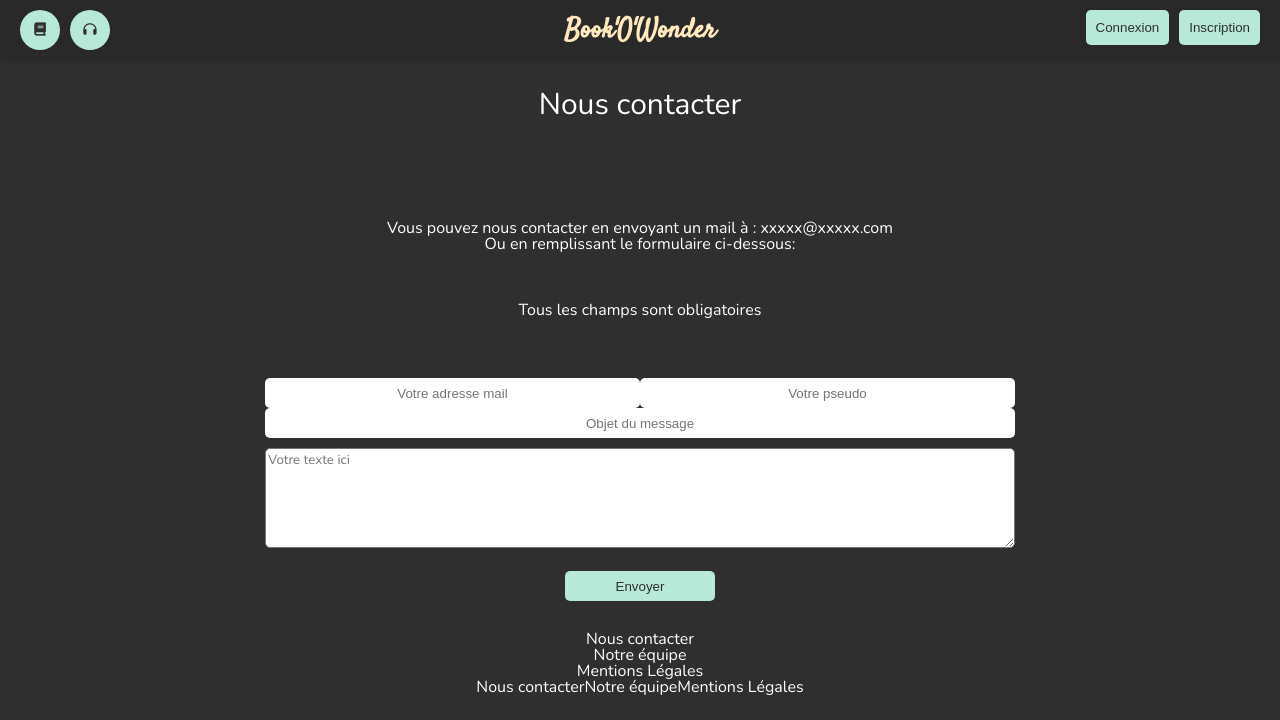
Repository: AnneLineC/book-o-wonder-front
Page: /contact
An editor plug-in stored every save of this project. The page is shown before and after a run of saves, followed by the edit.
The browser window is 1280 px wide. The pictures show the whole page.
The page's requests for data from a server got no answer. Some web libraries are served in a nearby version. The project was rebuilt for these pictures with package versions that can differ from the ones it lists, and the page was loaded fresh each time. No one was signed in, and anything a server would have sent is missing. Also part of the build but not shown: src/components/HeaderApp/LoggedMenu/styles.scss, src/components/HeaderApp/LoggedMenu/index.js, src/components/BookCard/styles.scss, src/components/BookCard/index.js, src/components/HomePage/styles.scss, src/components/HomePage/index.js, src/components/LoginPage/styles.scss, src/components/LoginPage/index.js and 30 more.

Above is the page before, as saved 2021-12-21 10:47:53.

### public/index.html
<!DOCTYPE html>
<html lang="en">
  <head>
    <meta charset="utf-8" />
    <link rel="icon" href="%PUBLIC_URL%/favicon.ico" />
    <meta name="viewport" content="width=device-width, initial-scale=1" />
    <meta name="theme-color" content="#000000" />
    <meta
      name="description"
      content="Web site created using create-react-app"
    />
    <link rel="apple-touch-icon" href="%PUBLIC_URL%/logo192.png" />
    <!--
      manifest.json provides metadata used when your web app is installed on a
      user's mobile device or desktop. See https://developers.google.com/web/fundamentals/web-app-manifest/
    -->
    <link rel="manifest" href="%PUBLIC_URL%/manifest.json" />
    <!--
      Notice the use of %PUBLIC_URL% in the tags above.
      It will be replaced with the URL of the `public` folder during the build.
      Only files inside the `public` folder can be referenced from the HTML.

      Unlike "/favicon.ico" or "favicon.ico", "%PUBLIC_URL%/favicon.ico" will
      work correctly both with client-side routing and a non-root public URL.
      Learn how to configure a non-root public URL by running `npm run build`.
    -->
    <title>Book'O'Wonder</title>
    <script src="https://kit.fontawesome.com/1f90cd4d86.js" crossorigin="anonymous"></script>
  </head>
  <body>
    <noscript>You need to enable JavaScript to run this app.</noscript>
    <div id="root"></div>
  </body>
</html>

### src/store/index.js
import { createStore, applyMiddleware, compose } from 'redux';

import reducer from '../reducers';
import apiMiddleware from '../middlewares/api';

const composeEnhancers = window.__REDUX_DEVTOOLS_EXTENSION_COMPOSE__ || compose;

const enhancers = composeEnhancers(
  applyMiddleware(apiMiddleware),
);

const store = createStore(reducer, enhancers);

export default store;

### src/styles/index.scss
@use 'reset';
@use 'vars';

@font-face {
  font-family: 'Nunito';
  src: url('../assets/fonts/Nunito-VariableFont_wght.ttf');
  font-weight: normal;
  font-style: normal;
}

@font-face {
  font-family: 'Satisfy';
  src: url('../assets/fonts/Satisfy-Regular.ttf');
  font-weight: normal;
  font-style: normal;
}

html, body {
  max-width: 100%;
  overflow-x: hidden;
}

body {
  background-color: vars.$color--grey-dark;
  margin: 0;
  font-family: 'Nunito', sans-serif;
  color: white;

  &.reading-page {
    height: 100vh;
    overflow-y: hidden;
  }
}

button {
  color: vars.$color--grey-dark;
}

/* Hiding class, making content visible only to screen readers but not visually */
/* "sr" meaning "screen-reader" */
.sr-only:not(:focus):not(:active) {
  clip: rect(0 0 0 0);
  clip-path: inset(50%);
  height: 1px;
  overflow: hidden;
  position: absolute;
  white-space: nowrap;
  width: 1px;
}

button {
  color: vars.$color--grey-dark;
}

/* Hiding class, making content visible only to screen readers but not visually */
/* "sr" meaning "screen-reader" */
.sr-only:not(:focus):not(:active) {
  clip: rect(0 0 0 0);
  clip-path: inset(50%);
  height: 1px;
  overflow: hidden;
  position: absolute;
  white-space: nowrap;
  width: 1px;
}

### src/reducers/index.js
import { combineReducers } from 'redux';

import userReducer from './user';
import booksReducer from './books';
import displayReducer from './display';
import soundsReducer from './sounds';

const rootReducer = combineReducers({
  display: displayReducer,
  books: booksReducer,
  user: userReducer,
  sounds: soundsReducer,
});

export default rootReducer;

### src/components/ContactPage/index.js
import { useSelector, useDispatch } from 'react-redux';
import { Link } from 'react-router-dom';

import {
  setFieldValue, contactFormAttempt,
} from '../../actions';
import './styles.scss';

const ContactPage = () => {
  const dispatch = useDispatch();

  const nicknameValue = useSelector((state) => state.user.nicknameValue);
  const emailValue = useSelector((state) => state.user.emailValue);
  const objectValue = useSelector((state) => state.user.objectValue);
  const contentValue = useSelector((state) => state.user.textValue);
  const isSubmitted = useSelector((state) => state.display.registerForm.sent);
  const isError = useSelector((state) => state.display.registerForm.error);

  const handleInputNicknameChange = (event) => {
    dispatch(setFieldValue('nicknameValue', event.target.value));
  };

  const handleInputEmailChange = (event) => {
    dispatch(setFieldValue('emailValue', event.target.value));
  };

  const handleInputObjectChange = (event) => {
    dispatch(setFieldValue('objectValue', event.target.value));
  };

  const handleInputContentValueChange = (event) => {
    dispatch(setFieldValue('contentValue', event.target.value));
  };

  const handleSendFormSubmit = (event) => {
    event.preventDefault();
    console.log(contactFormAttempt);
    dispatch(contactFormAttempt());
  };

  return (
    <div className="contact-page">

      {!isSubmitted
      && (
      <div>
      <p className="contact-page__title">
        Nous contacter
      </p>

      <p className="contact-page__contact">
        Vous pouvez nous contacter en envoyant un mail à : xxxxx@xxxxx.com <br></br>
        Ou en remplissant le formulaire ci-dessous:
      </p>

      <p className="contact-page__required">
        Tous les champs sont obligatoires
      </p>

      <form autoComplete="off" className="contact-page__form" onSubmit={handleSendFormSubmit}>
        <div className="contact-page__top">
          <label className="contact-page__label" htmlFor="email">
            <span className="sr-only">Email</span>
            <input
              className="contact-page__input"
              type="email"
              name="email"
              id="email"
              placeholder="Votre adresse mail"
              value={emailValue}
              onChange={handleInputEmailChange}
            />
          </label>

          <label className="contact-page__label" htmlFor="pseudo">
            <span className="sr-only">Pseudo</span>
            <input
              className="contact-page__input"
              type="text"
              name="nickname"
              id="nickname"
              placeholder="Votre pseudo"
              value={nicknameValue}
              onChange={handleInputNicknameChange}
            />
          </label>
        </div>

        <div className="contact-page__bottom">
          <label className="contact-page__labell" htmlFor="object">
            <span className="sr-only">Objet du message</span>
            <input
              className="contact-page__object"
              type="text"
              name="object"
              id="object"
              placeholder="Objet du message"
              value={objectValue}
              onChange={handleInputObjectChange}
            />
          </label>

          <label className="contact-page__labell" htmlFor="content">
            <span className="sr-only">Tapez votre message ici</span>
            <textarea
              cols="33"
              className="contact-page__textarea"
              name="content"
              id="content"
              placeholder="Votre texte ici"
              value={contentValue}
              onChange={handleInputContentValueChange}
            />
          </label>

          {isError && <p className="contact-page__error">Erreur survenue lors de l'envoi. Veillez vérifier vos champs.</p>}

          <button
            type="submit"
            className="contact-page__send"
          >
            Envoyer
          </button>
        </div>
      </form>
      </div>
      )}

        {isSubmitted
        && (
        <div className="contact-page__validation">
          <p className="contact-page__validation-title">
            Merci de votre message !
          </p>
          <p className="contact-page__validation-subtext">
            Merci pour votre message, nous y répondrons dès que possible
          </p>
          <Link to="/">
            <button
              type="submit"
              className="contact-page__home"
            >
              Retour à l'accueil
            </button>
          </Link>
        </div>
        )}

    </div>
  );
};
export default ContactPage;

### src/components/FooterApp/index.js
import './styles.scss';
import { Link } from "react-router-dom"

const FooterApp = () => (
  <footer>
    <ul>
        <ol><a href=""></a>Nous contacter</ol>
        <ol><a href=""></a>Notre équipe</ol>
        <ol><a href=""></a>Mentions Légales</ol>

        <Link to="/Nous_contacter">Nous contacter</Link>
        <Link to="/Notre_equipe">Notre équipe</Link>
        <Link to="/Mentions_Legales">Mentions Légales</Link>
    </ul>
  </footer>
);

export default FooterApp;

### src/styles/_reset.css
/* http://meyerweb.com/eric/tools/css/reset/ v2.0 | 20110126 */
html,
body,
div,
span,
applet,
object,
iframe,
h1,
h2,
h3,
h4,
h5,
h6,
p,
blockquote,
pre,
a,
abbr,
acronym,
address,
big,
cite,
code,
del,
dfn,
em,
img,
ins,
kbd,
q,
s,
samp,
small,
strike,
strong,
sub,
sup,
tt,
var,
b,
u,
i,
center,
dl,
dt,
dd,
ol,
ul,
li,
fieldset,
form,
label,
legend,
table,
caption,
tbody,
tfoot,
thead,
tr,
th,
td,
article,
aside,
canvas,
details,
embed,
figure,
figcaption,
footer,
header,
hgroup,
menu,
nav,
output,
ruby,
section,
summary,
time,
mark,
audio,
video {
  margin: 0;
  padding: 0;
  border: 0;
  font-size: 100%;
  font: inherit;
  vertical-align: baseline;
}

/* HTML5 display-role reset for older browsers */
article,
aside,
details,
figcaption,
figure,
footer,
header,
hgroup,
menu,
nav,
section {
  display: block;
}

body {
  line-height: 1;
}
ol,
ul {
  list-style: none;
}
blockquote,
q {
  quotes: none;
}

blockquote::before,
blockquote::after,
q:before,
q:after {
  content: '';
  content: none;
}
table {
  border-collapse: collapse;
  border-spacing: 0;
}

/* Améliorations */

html {
  box-sizing: border-box;
  font-size: 62.5%;
}

body {
  font-size: 1.6rem;
}

*,
*::before,
*::after {
  box-sizing: inherit;
}

a,
del,
ins {
  text-decoration: none;
}
a {
  color: inherit;
}

label,
button {
  cursor: pointer;
  background-color: transparent;
  border: 0;
  padding: 0;
}

input,
button {
  outline: 0;
  border: 0;
}

### src/styles/_vars.scss
// --------
// Colors :
// --------

// $color--*color*-*light/medium/dark*

$color--grey-dark: #2f2f2f;
$color--grey-very-dark: #292929;
$color--green-light: #b8e8d8;
$color--blue-light: #e1ecfe;
$color--yellow-light: #fffec5;
$color--orange-light: #ffe9bd;
$color--orange-medium: #e9ab9c;

// $gradient--*color*-*light/medium/dark*

$gradient--blue-light : linear-gradient(to bottom, #9ec0ff, #e8f1ff);
$gradient--yellow-light : linear-gradient(to bottom, #fed68e, #fef4db);
$gradient--green-light : linear-gradient(to bottom, #88d4ba, #d8f3ea);

// ---------
// General :
// ---------

$radius: 0.5rem;
$gutter: 1rem;

// -------------
// Breakpoints :
// -------------

$tablet: 700px;
$desktop: 1000px;

// -------
// Fonts :
// -------

$title-font: 'Satisfy', sans-serif;
$main-font: 'Nunito', sans-serif;

### src/reducers/sounds.js
import { SET_SOUNDS, SET_CURRENT_SOUND } from '../actions';

export const initialState = {
  musicsList: [],
  currentMusic: {
    id: 1,
    name: 'Lofi',
    music: 'https:/www.youtube.com/watch?v=5qap5aO4i9A',
    image: '',
    categories: [
      {
        id: 1,
        name: 'Fantasy',
      },
    ],
  },
};

const reducer = (state = initialState, action = {}) => {
  switch (action.type) {
    case SET_SOUNDS:
      return {
        ...state,
        musicsList: action.data,
      };
    case SET_CURRENT_SOUND:
      return {
        ...state,
        currentMusic: action.data,
      };
    default:
      return state;
  }
};

export default reducer;

### src/components/HeaderApp/LoginComponent/index.js
import LoginButtons from './LoginButtons';
import LoginMenu from './LoginMenu';
import './styles.scss';

const LoginComponent = () => (
  <div className="login-component">
    <LoginButtons />
    <LoginMenu />
  </div>
);

export default LoginComponent;

### src/components/HeaderApp/styles.scss
@use './../../styles/vars';
@use "sass:color";

.header-app {

    padding: vars.$gutter vars.$gutter*2;
    background-color: color.scale(vars.$color--grey-dark, $blackness: 80%);
    box-shadow: 1px 1px 3px color.scale(vars.$color--grey-dark, $blackness: 100%);
    position: sticky;
    min-height: 6rem;

    &__title {
        font-family: vars.$title-font;
        color: vars.$color--orange-light;
        font-size: 1.7em;
        font-weight: bold;
        display: flex;
        justify-content: flex-start;
        align-items: center;
        line-height: 1.6;
        z-index: -1;
    }

    &__element {
        float: right;
        margin-left: vars.$gutter;
    }

    &__icon {
        background-color: vars.$color--green-light;
        display: block;
        width: 4rem;
        height: 4rem;
        display: flex;
        align-items: center;
        justify-content: center;
        border-radius: 50%;
        color: vars.$color--grey-dark;
        box-shadow: 0 0 3px color.scale(vars.$color--grey-dark, $blackness: 100%);
        transition: 0.5s;

        &:hover {
            background-color: vars.$color--orange-medium;
        }
    }
}

@media screen and (min-width: vars.$tablet) {

    .header-app {

        &__element {
            &--audio-player {
                float: left;
                display: flex;
                align-items: center;
                justify-content: center;
            }
            &--categories {
                float: left;
                margin-left: 0;
                display: flex;
                align-items: center;
                justify-content: center;
            }
        }

        &__title {
            display: block;
            position: absolute;
            top: 1rem;
            text-align: center;
            width: calc(100% - (vars.$gutter * 4));
        }
    }
}

### src/components/ContactPage/styles.scss
@use "../../styles/vars";

.contact-page {
  &__title {
    margin-top: 3rem;
    font-size: 3rem;
  }

  &__form {
    display: flex;
    flex-direction: column;
    padding: vars.$gutter;
    margin-top: 5rem;
  }

  &__top {
    display: flex;
    flex-direction: column;
  }

  &__bottom {
    display: flex;
    flex-direction: column;
  }

  &__object {
    border-radius: vars.$radius;
    margin-bottom: 1rem;
    text-align: center;
    height: 3rem;
    width: 25rem;
    margin: 0rem auto 4rem auto;
  }

  &__label {
    margin-bottom: 1rem;
  }

  &__input {
    border-radius: vars.$radius;
    margin-bottom: 1rem;
    text-align: center;
    width: 25rem;
    height: 3rem;
    margin: 0rem auto 2rem auto;
  }

  &__textarea {
    height: 10rem;
    width: 25rem;
    margin: auto;
    border-radius: vars.$radius;
    font-family: inherit;
  }

  &__contact {
    margin-top: 10rem;
    margin-left: 2rem;
    margin-right: 2rem;
  }

  &__required {
    margin-top: 5rem;
  }

  &__send {
    background-color: vars.$color--green-light;
    height: 3rem;
    width: 15rem;
    margin: 2rem auto 2rem auto;
    border-radius: vars.$radius;
  }

  &__error {
    color: rgb(243, 104, 104);
    margin-bottom: 3rem;
  }

  &__home {
    background-color: vars.$color--green-light;
    height: 3rem;
    width: 15rem;
    margin: 2rem auto 2rem auto;
    border-radius: vars.$radius;
  }

  &__validation {
    height: 60vh;
    display: flex;
    flex-direction: column;
    align-items: center;
    justify-content: center;

    &-title {
      font-size: 2em;
      margin: vars.$gutter*2;
    }

    &-mail {
      font-weight: bold;
    }
  }
}

@media screen and (min-width: vars.$tablet) {
  .contact-page {
    &__top {
      display: flex;
      flex-direction: row;
    }

    &__bottom {
      margin-top: -3rem;
    }

    &__form {
      display: flex;
      align-items: center;
      padding: vars.$gutter;
      margin-top: 5rem;
    }

    &__input {
      height: 3rem;
      width: 31rem;

    }

    &__object {
      border-radius: vars.$radius;
      margin-bottom: 1rem;
      text-align: center;
      height: 3rem;
      width: 62rem;
      margin: 0rem auto 1rem auto;
    }

    &__textarea {
      height: 10rem;
      width: 62rem;
      margin: auto;
      border-radius: vars.$radius;
    }
  }
}

@media screen and (min-width: vars.$desktop) {
  .contact-page {
    &__object {
      border-radius: vars.$radius;
      margin-bottom: 1rem;
      text-align: center;
      height: 30px;
      width: 750px;
      margin: 0rem auto 1rem auto;
    }

    &__textarea {
      height: 10rem;
      width: 750px;
      margin: auto;
      border-radius: vars.$radius;
    }

    &__input {
      width: 375px;
    }

    &__top {
      display: flex;
      flex-direction: row;
    }

    &__bottom {
      display: flex;
      flex-direction: column;
    }
  }
}

### src/components/ConnexionMenu/styles.scss
@use './../../styles/vars';
@use "sass:color";


.connexion-menu {
    &__item {
        border-top: 1px solid color.scale(vars.$color--grey-dark, $lightness: 15%);
        padding: vars.$gutter * 1.5;
    }
}

### src/components/ConnectedMenu/styles.scss
@use './../../styles/vars';
@use "sass:color";


.connected-menu {
    &__item {
        border-top: 1px solid color.scale(vars.$color--grey-dark, $lightness: 15%);
        padding: vars.$gutter * 1.5;
    }
}

### src/components/MediaPlayer/styles.scss
@use './../../styles/vars';

.player {
  max-width: 33rem;
  margin: auto;
  display: flex;
  flex-direction: column;
  max-height: 80vh;
}

.infos {

  &__picture {
    margin: auto;
    height: 20rem;
    background-position: center;
    background-size: cover;
    border-radius: vars.$radius;
    position: relative;
  }

  &__content {
    position: absolute;
    bottom: 0;
    width: 100%;
    padding: vars.$gutter;
    display: flex;
    justify-content: space-between;
    align-items: center;
    margin-top: vars.$gutter;
  }

  &__left {
    display: flex;
    align-items: center;
  }

  &__right {
    display: flex;
    // flex-direction: column;
  }

  &__title {
    font-weight: bold;
    margin-left: vars.$gutter;
  }

  &__category {
    display: flex;
    align-items: center;
    background-color: vars.$color--orange-light;
    padding: 0.5rem;
    color: vars.$color--grey-dark;
    border-radius: vars.$radius;
    font-size: 0.7em;
    margin: 0.2rem;
  }

  &__playpause {
    background-color: vars.$color--blue-light;
    width: 4rem;
    height: 4rem;
    display: flex;
    justify-content: center;
    align-items: center;
    border-radius: 50%;
    flex-shrink: 0;
  }
}

.controls {
  margin-top: vars.$gutter;
  display: flex;
  justify-content: center;

  &__volume {
    display: flex;

    &-text {
      margin-right: vars.$gutter;
    }
  }
}

.music-list {
  margin-top: vars.$gutter*3;
  padding-right: vars.$gutter;
  flex: 1;
  overflow-y: auto;

  &::-webkit-scrollbar {
    width: 12px;               /* width of the entire scrollbar */
  }

  &::-webkit-scrollbar-track {
      background: #1d1d1d;        /* color of the tracking area */
  }

  &::-webkit-scrollbar-thumb {
      background-color: #575757;    /* color of the scroll thumb */
      border-radius: 20px;       /* roundness of the scroll thumb */
      border: 3px solid #1d1d1d ;  /* creates padding around scroll thumb */
  }
}

### src/components/HeaderApp/LoginComponent/LoginButtons/index.js
import { NavLink } from 'react-router-dom';
import './styles.scss';

const LoginButtons = () => (
  <div className="login-buttons">
    <NavLink to="/connexion">
      <button
        className="login-buttons__button login-buttons__button--signin"
        type="button"
      >
        Connexion
      </button>
    </NavLink>

    <NavLink to="/inscription">
      <button
        className="login-buttons__button login-buttons__button--signup"
        type="button"
      >
        Inscription
      </button>
    </NavLink>
  </div>
);

export default LoginButtons;

### src/components/HeaderApp/LoginComponent/LoginMenu/index.js
import { useDispatch } from 'react-redux';
import { setDisplay } from '../../../../actions';

import './styles.scss';

const LoginMenu = () => {
  const dispatch = useDispatch();
  const handleLinkClick = (name) => {
    dispatch(setDisplay(name));
  };
  return (
    <button
      type="button"
      className="login-menu"
      onClick={
      () => {
        handleLinkClick('connexionMenu');
      }
    }
    >
      <span className="login-menu__text sr-only">Menu de connexion</span>
      <span className="login-menu__icon header-app__icon"><i className="far fa-user" /></span>
    </button>
  );
};

export default LoginMenu;

### src/components/Modal/styles.scss
@use './../../styles/vars';
@use "sass:color";


.menu-list {
    position: fixed;
    top: 0;
    left: 0;
    width: 100%;
    height: 100vh;
    padding: vars.$gutter*8 vars.$gutter*3 vars.$gutter*3;
    overflow: hidden;
    background-color: color.scale(vars.$color--grey-dark, $blackness: 80%);
    z-index: 100;
    transition: transform 1s;
    transform: translateX(100%);
    box-shadow: 0 0 3px black;

    &--open {
        transform: translateX(0);
    }

    &__close-icon {
        position: absolute;
        top: 0;
        right: 0;
        padding: vars.$gutter * 3;
        font-size: 1.2em;
        color: vars.$color--orange-light;
    }
}

@media only screen and (min-width: vars.$tablet) {
    .menu-list {
        top: 0;
        left: auto;
        right: 0;
        width: 40rem;
        transform: translateX(41rem);

        &--left {
            top: 0;
            left: 0;
            right: auto;
            width: 40rem;
            transform: translateX(-41rem);
        }

        &--open {
            transform: translateX(0);
        }
    }

}

### src/components/HeaderApp/LoginComponent/LoginButtons/styles.scss
@use './../../../../styles/vars';
@use "sass:color";

.login-buttons {
    display: none;

    &__button {
        background-color: vars.$color--green-light;
        padding: vars.$gutter;
        border-radius: vars.$radius;
        margin-left: vars.$gutter;
        box-shadow: 0 0 3px color.scale(vars.$color--grey-dark, $blackness: 100%);
        // font-weight: bold;
    }
}

@media screen and (min-width: vars.$desktop) {
    .login-buttons {
        display: block;
    }
}

### src/components/HeaderApp/LoginComponent/LoginMenu/styles.scss
@use './../../../../styles/vars';

@media screen and (min-width: vars.$desktop) {
    .login-menu {
        display: none;
    }
}

Loaded but not shown: src/reportWebVitals.js (common file); src/components/App/styles.scss (common file); src/middlewares/api.js (387 lines, source omitted); src/actions/index.js (299 lines, source omitted); src/components/MediaPlayer/index.js (114 lines, source omitted); src/components/App/index.js (78 lines, source omitted); src/reducers/user.js (101 lines, source omitted); src/reducers/display.js (85 lines, source omitted); src/components/ConnectedMenu/index.js (64 lines, source omitted); src/components/HeaderApp/index.js (49 lines, source omitted); src/components/CategoriesMenu/index.js (49 lines, source omitted); src/reducers/books.js (57 lines, source omitted); src/components/Modal/index.js (47 lines, source omitted); src/components/ConnexionMenu/index.js (41 lines, source omitted); src/index.js (24 lines, source omitted); src/components/HeaderApp/LoginComponent/styles.scss (no stored copy; drawn as an empty file)

After the next 3 saves:
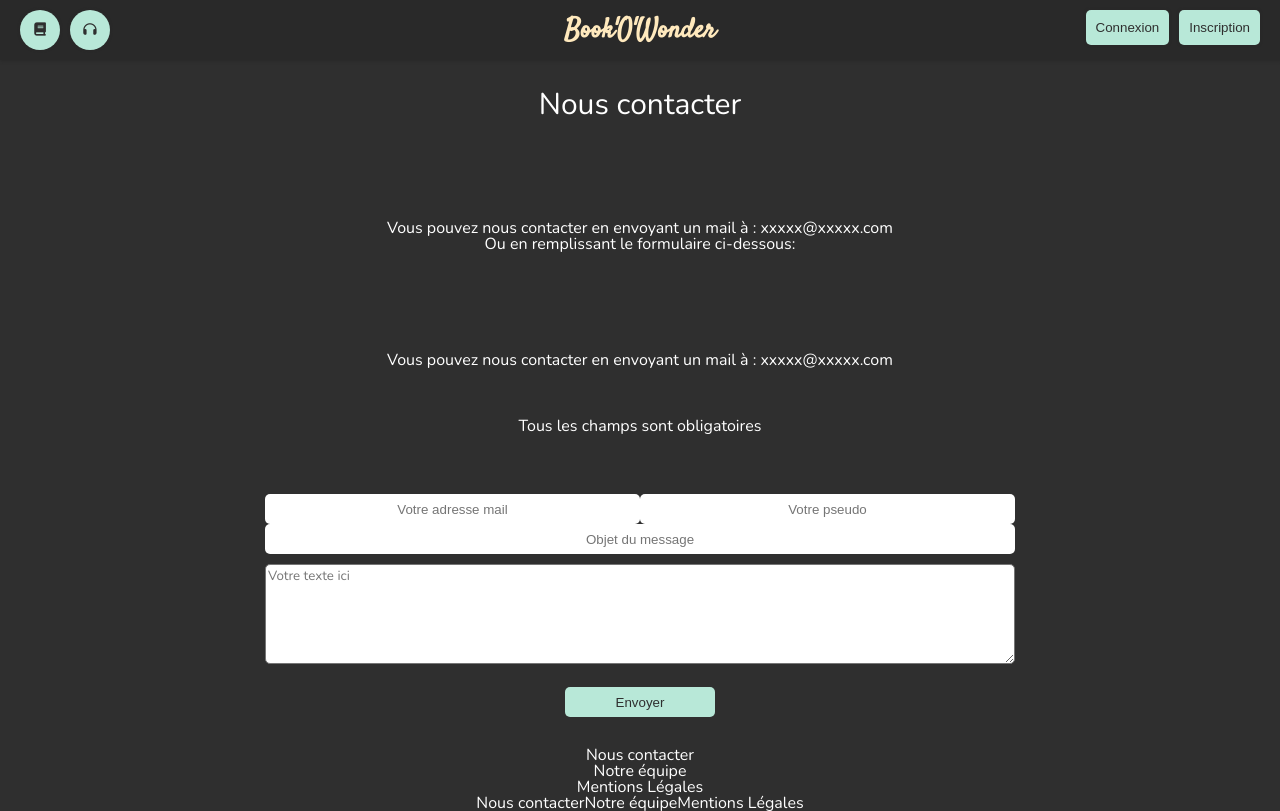
The 3 saves are shown as one change because they came seconds apart.
The last was saved 34 s later.
--- a/src/components/ContactPage/index.js
+++ b/src/components/ContactPage/index.js
@@ -49,10 +49,12 @@
       </p>
 
       <p className="contact-page__contact">
-        Vous pouvez nous contacter en envoyant un mail à : xxxxx@xxxxx.com <br></br>
-        Ou en remplissant le formulaire ci-dessous:
+        Vous pouvez nous contacter en envoyant un mail à : xxxxx@xxxxx.com
       </p>
-
+      Ou en remplissant le formulaire ci-dessous:
+      <p className="contact-page__contact">
+        Vous pouvez nous contacter en envoyant un mail à : xxxxx@xxxxx.com
+      </p>
       <p className="contact-page__required">
         Tous les champs sont obligatoires
       </p>
